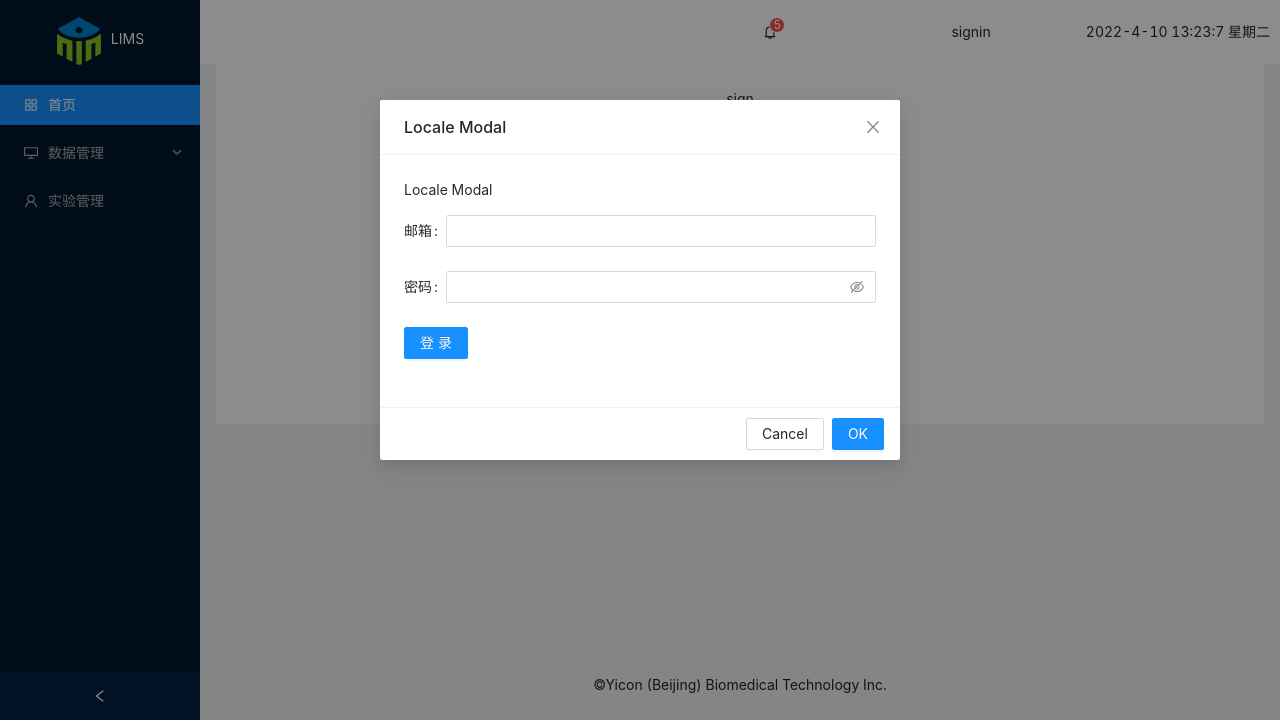
Repository: cornerdream/lims
Page: /signin
An editor plug-in stored every save of this project. The page is shown before and after the next save, followed by the edit.
The browser window is 1280 px wide. The pictures show the whole page.
The project was rebuilt for these pictures with package versions that can differ from the ones it lists, and the page was loaded fresh each time. Also part of the build but not shown: src/components/core/home.js, src/components/core/moreOrder.js, src/components/core/moreSample.js, src/components/core/moreReport.js, src/components/core/moreProject.js, src/components/core/moreResources.js, src/components/views/data.js, src/components/core/table.js and 3 more.

Above is the page before, as saved 2022-05-18 14:43:13.

After the next save:
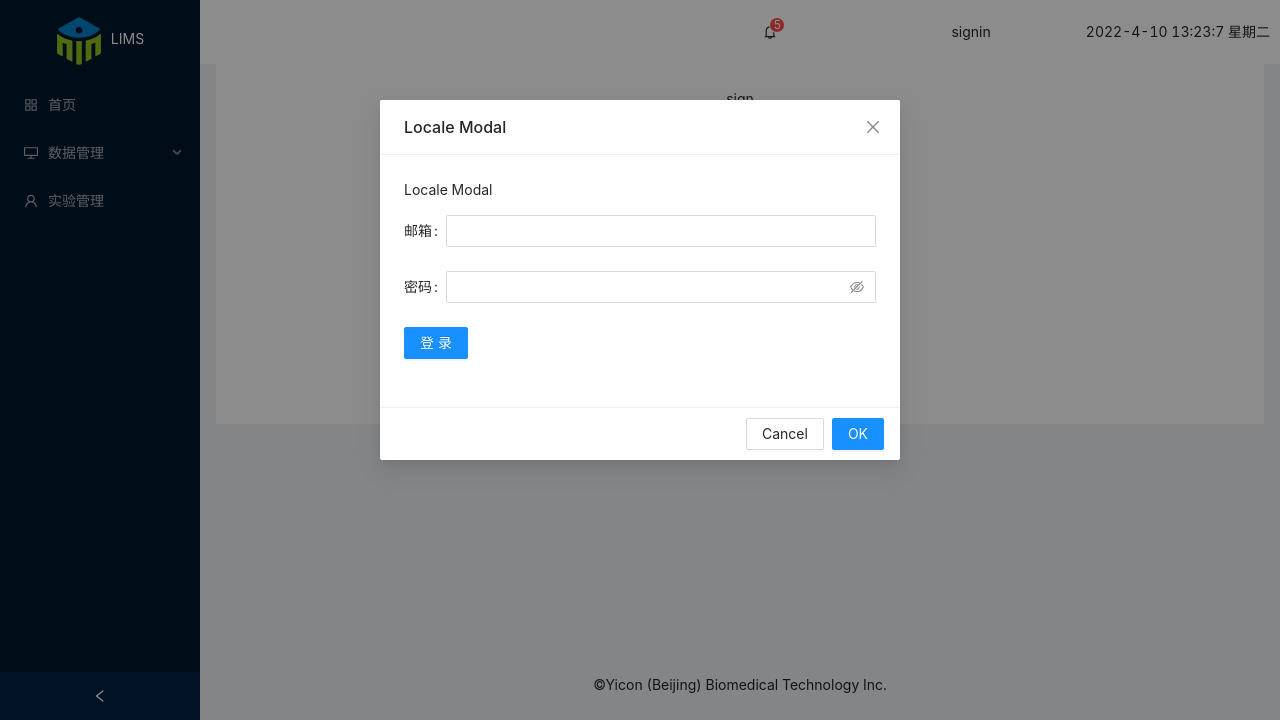
Saved 4 min 45 s later.
--- a/src/components/core/layout.js
+++ b/src/components/core/layout.js
@@ -159,7 +159,7 @@ class MyLayout extends Component {
                 />
                 LIMS</div>}
 
-          <Menu theme="dark" defaultSelectedKeys={['']} mode="inline" items={items} onClick={this.onMenu}/>
+          <Menu theme="dark" defaultSelectedKeys={[this.props.href.pathname.slice(1)]} mode="inline" items={items} onClick={this.onMenu}/>
         </Sider>
         <Layout className="site-layout">
             <MyHeader></MyHeader>
